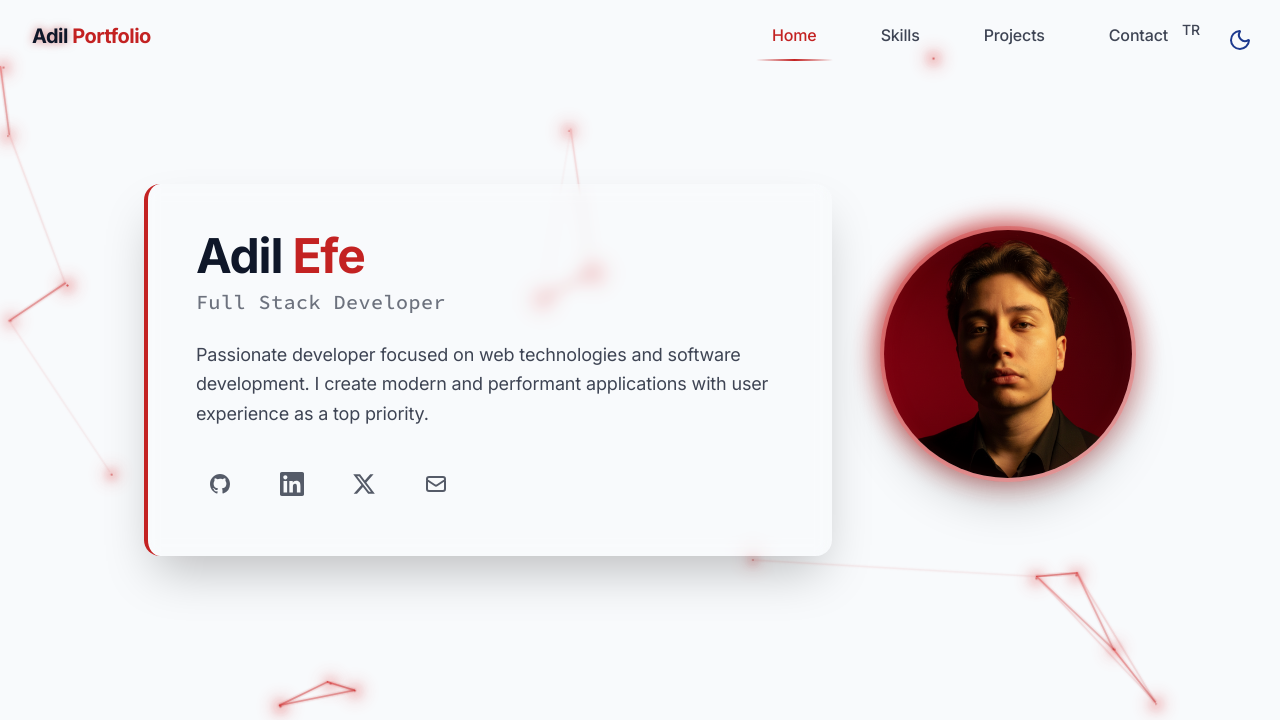
Repository: jusiann/personal-portfolio
Page: / (app in my-portfolio/)
These files come from the project's save history. The page is drawn as it stood at one moment and after the next save; the edit follows.
The browser window is 1280 px wide. The pictures show the whole page.
The project was rebuilt for these pictures with package versions that can differ from the ones it lists, and the page was loaded fresh each time. Also part of the build but not shown: my-portfolio/vite.config.js, my-portfolio/src/pages/Skills.jsx, my-portfolio/src/pages/Projects.jsx, my-portfolio/src/pages/Contact.jsx, my-portfolio/src/pages/NotFound.jsx.

Above is the page before, as saved 2025-11-20 00:01:34.

### my-portfolio/index.html
<!doctype html>
<html lang="en">
  <head>
    <meta charset="UTF-8" />
    <link rel="icon" type="image/svg+xml" href="/vite.svg" />
    <meta name="viewport" content="width=device-width, initial-scale=1.0" />
    <link rel="preconnect" href="https://fonts.googleapis.com">
    <link rel="preconnect" href="https://fonts.gstatic.com" crossorigin>
    <link href="https://fonts.googleapis.com/css2?family=Inter:wght@300;400;500;600;700;800&family=Source+Code+Pro:wght@400;500;600&display=swap" rel="stylesheet">
    <title>my-portfolio</title>
  </head>
  <body>
    <div id="root"></div>
    <script type="module" src="/src/main.jsx"></script>
  </body>
</html>

### my-portfolio/src/App.jsx
import { BrowserRouter, Routes, Route, Navigate, useLocation } from "react-router-dom"
import { AnimatePresence } from "framer-motion"
import { Home } from "./pages/Home";
import { Skills } from "./pages/Skills";
import { Projects } from "./pages/Projects";
import { Contact } from "./pages/Contact";
import { NotFound } from "./pages/NotFound";

function AnimatedRoutes() {
  const location = useLocation();

  return (
    <AnimatePresence mode="wait">
      <Routes location={location} key={location.pathname}>

        {/* TURKISH ROUTES */}
        <Route path="/" element={<Navigate to="/en" replace />} />
        <Route path="/tr" element={<Home />}/>
        <Route path="/tr/skills" element={<Skills />}/>
        <Route path="/tr/projects" element={<Projects />}/>
        <Route path="/tr/contact" element={<Contact />}/>

        {/* ENGLISH ROUTES */}
        <Route path="/en" element={<Home />}/>
        <Route path="/en/skills" element={<Skills />}/>
        <Route path="/en/projects" element={<Projects />}/>
        <Route path="/en/contact" element={<Contact />}/>
        <Route path="*" element={<NotFound />} />
      </Routes>
    </AnimatePresence>
  );
}

function App() {
  return (
    <BrowserRouter>
      <AnimatedRoutes />
    </BrowserRouter>
  )
}

export default App

### my-portfolio/src/pages/Home.jsx
import {ThemeToggle} from "../components/ThemeToggle";
import {LanguageToggle} from "../components/LanguageToggle";
import {CrimsonWebBackground} from "../components/CrimsonWebBackground";
import {Navbar} from "../components/Navbar";
import {PageTransition} from "../components/PageTransition";
import {HomeCard} from "../components/HomeCard";

export const Home = () => {
    return (
        <PageTransition>
        <div className="
                        min-h-screen
                        bg-background
                        text-foreground
                        overflow-x-hidden">

            {/* THEME TOGGLE */}
            <ThemeToggle />

            {/* LANGUAGE TOGGLE */}
            <LanguageToggle />

            {/* BACKGROUND EFFECTS */}
            <CrimsonWebBackground />

            {/* NAVBAR */}
            <Navbar />

            {/* MAIN CONTENT */}
            <HomeCard />
        </div>
        </PageTransition>
    );
};

### my-portfolio/src/components/LanguageToggle.jsx
import {useNavigate, useLocation } from 'react-router-dom';
import {cn} from '../lib/utils';

export const LanguageToggle = () => {
    const navigate = useNavigate();
    const location = useLocation();
    const currentLang = location.pathname.startsWith('/en') ? 'en' : 'tr';

    const toggleLanguage = () => {
        const newLang = currentLang === 'tr' ? 'en' : 'tr';
        navigate(`/${newLang}${location.hash}`);
    };

    return (
        <button
            onClick={toggleLanguage}
            className={cn(
                "fixed max-sm:hidden top-5 right-20 z-50 transition-all duration-300",
                "hover:scale-110 active:scale-95",
                "focus:outline-none text-foreground/80 hover:text-foreground",
                "text-sm font-medium uppercase"
            )}
        >
            {currentLang === 'tr' ? 'EN' : 'TR'}
        </button>
    );
};

### my-portfolio/src/components/Navbar.jsx
import {cn} from "../lib/utils";
import {Menu, X} from "lucide-react";
import {useEffect, useState} from "react";
import {useLocation, Link} from "react-router-dom";
import {translations} from "../lib/translations";

export const Navbar = () => {
  const [isScrolled, setIsScrolled] = useState(false);
  const [isMenuOpen, setIsMenuOpen] = useState(false);
  const location = useLocation();
  const lang = location.pathname.startsWith('/en') ? 'en' : 'tr';

  const navItems = [
    { name: translations[lang].home, href: `/${lang}` },
    { name: translations[lang].skills, href: `/${lang}/skills`},
    { name: translations[lang].projects, href: `/${lang}/projects` },
    { name: translations[lang].contact, href: `/${lang}/contact` },
  ];

  const isActiveRoute = (href) => {
    if (href === `/${lang}`) {
      return location.pathname === `/${lang}` || location.pathname === `/${lang}/`;
    }
    return location.pathname.startsWith(href);
  };

  useEffect(() => {
    const handleScroll = () => {
      setIsScrolled(window.scrollY > 10);
    };

    window.addEventListener("scroll", handleScroll);
    return () => window.removeEventListener("scroll", handleScroll);
  }, []);

  return (
    <nav
      className={cn(
        "relative w-full transition-all duration-300 py-5"
      )}
    >
      <div className="container flex items-center justify-between h-8 pr-24">
        <a
          className="text-xl font-heading font-bold text-primary flex items-center"
          href="#hero"
        >
          <span className="relative z-10">
            <span className="text-glow text-foreground"> Adil </span>{" "}
            Portfolio
          </span>
        </a>

        {/* desktop nav */}
        <div className="hidden md:flex items-center space-x-8">
          {navItems.map((item, key) => (
            <Link
              key={key}
              to={item.href}
              className={`relative px-4 py-3 font-medium transition-colors duration-300 group ${
                isActiveRoute(item.href)
                  ? 'text-primary'
                  : 'text-foreground/80 hover:text-primary'
              }`}
            >
              {/* Linear crimson line effect - Always visible for active, hover for others */}
              <div className={`absolute bottom-0 left-0 w-full h-0.5 bg-linear-to-r from-transparent via-primary to-transparent transition-transform duration-500 origin-center ${
                isActiveRoute(item.href)
                  ? 'scale-x-100'
                  : 'scale-x-0 group-hover:scale-x-100'
              }`} />

              {/* Text */}
              <span className="relative z-10">
                {item.name}
              </span>
            </Link>
          ))}
        </div>

        {/* mobile nav */}

        <button
          onClick={() => setIsMenuOpen((prev) => !prev)}
          className="md:hidden p-2 text-foreground z-50 hover:text-primary transition-colors duration-300"
          aria-label={isMenuOpen ? "Close Menu" : "Open Menu"}
        >
          {isMenuOpen ? <X size={24} /> : <Menu size={24} />}
        </button>

        <div
          className={cn(
            "fixed inset-0 bg-background/95 backdrop-blur-md z-40 flex flex-col items-center justify-center",
            "transition-all duration-300 md:hidden",
            isMenuOpen
              ? "opacity-100 pointer-events-auto"
              : "opacity-0 pointer-events-none"
          )}
        >
          <div className="flex flex-col space-y-8 text-xl">
            {navItems.map((item, key) => (
              <Link
                key={key}
                to={item.href}
                className={`relative px-4 py-2 transition-colors duration-300 group ${
                  isActiveRoute(item.href)
                    ? 'text-primary'
                    : 'text-foreground/80 hover:text-primary'
                }`}
                onClick={() => setIsMenuOpen(false)}
              >
                {/* Mobile crimson line - always visible for active, hover for others */}
                <div className={`absolute bottom-0 left-0 w-full h-0.5 bg-linear-to-r from-transparent via-primary to-transparent transition-transform duration-500 ${
                  isActiveRoute(item.href)
                    ? 'scale-x-100'
                    : 'scale-x-0 group-hover:scale-x-100'
                }`} />

                <span className="relative z-10">
                  {item.name}
                </span>
              </Link>
            ))}
          </div>
        </div>
      </div>
    </nav>
  );
};

### my-portfolio/src/components/PageTransition.jsx
import {motion} from 'framer-motion';

export const PageTransition = ({ children }) => {
    return (
        <>
            {children}

            {/* LEFT TRIANGLE */}
            <motion.div
                className="fixed inset-0 bg-background z-100 pointer-events-none"
                style={{
                    clipPath: 'polygon(0% 0%, 100% 0%, 0% 100%)',
                }}
                initial={{ x: '0%' }}
                animate={{ x: '-100%' }}
                transition={{
                    duration: 0.6,
                    ease: [0.65, 0, 0.35, 1],
                    delay: 0.4
                }}
            />

            {/* RIGHT TRIANGLE */}
            <motion.div
                className="fixed inset-0 bg-background z-100 pointer-events-none"
                style={{
                    clipPath: 'polygon(100% 0%, 100% 100%, 0% 100%)',
                }}
                initial={{ x: '0%' }}
                animate={{ x: '100%' }}
                transition={{
                    duration: 0.6,
                    ease: [0.65, 0, 0.35, 1],
                    delay: 0.4
                }}
            />

            {/* RED DIAGONAL LINE */}
            <motion.div
                className="fixed inset-0 pointer-events-none z-101"
                style={{
                    background: 'linear-gradient(to bottom right, transparent calc(50% - 2px), rgb(220, 38, 38) calc(50% - 2px), rgb(220, 38, 38) calc(50% + 2px), transparent calc(50% + 2px))',
                    filter: 'drop-shadow(0 0 8px rgb(220, 38, 38))',
                }}
                initial={{ opacity: 1 }}
                animate={{ opacity: 0 }}
                transition={{
                    duration: 0.3,
                    ease: "easeOut",
                    delay: 0.3
                }}
            />
        </>
    );
};

### my-portfolio/src/components/HomeCard.jsx
import { HomeImage } from "./HomeImage";
import { SocialLinks } from "./SocialLinks";
import { useLanguage } from "../lib/utils";

export const HomeCard = () => {
    const { t } = useLanguage();

    return (
        <div className="relative w-[80%] mx-auto px-4 py-8 mt-20 flex items-center gap-12">
            {/* Ana kart yapısı - backdrop blur ve opacity ile saydam etki */}
            <div
                className="
                    relative
                    flex-1
                    bg-card/10
                    backdrop-blur-sm
                    rounded-2xl
                    border-l-4
                    border-primary
                    shadow-2xl
                    p-8
                    md:p-12
                    transition-all
                    duration-500
                    hover:scale-[1.01]
                    animate-fade-in
                "
            >
                {/* İçerik alanı */}
                <div className="relative z-10">
                    {/* Profil Resmi Mobile */}
                    <div className="md:hidden mb-8">
                        <HomeImage
                            src="/src/assets/images/profile_photo.png"
                            alt={`${t('profile_name')} ${t('profile_surname')}`}
                        />
                    </div>

                    {/* İsim ve Soyisim */}
                    <div className="text-center md:text-left mb-6 animate-fade-in-delay-2">
                        <h1 className="
                            text-4xl
                            md:text-5xl
                            font-heading
                            font-bold
                            text-foreground
                            mb-2
                            tracking-tight
                        ">
                            {t('profile_name')}{' '}
                            <span className="text-primary">
                                {t('profile_surname')}
                            </span>
                        </h1>
                        <p className="
                            text-lg
                            md:text-xl
                            text-foreground/60
                            font-code
                        ">
                            {t('hero_subtitle')}
                        </p>
                    </div>

                    {/* Açıklama */}
                    <div className="
                        text-center
                        md:text-left
                        mb-8
                        max-w-2xl
                        animate-fade-in-delay-2
                    ">
                        <p className="
                            text-base
                            md:text-lg
                            text-foreground/80
                            leading-relaxed
                        ">
                            {t('profile_tagline')}
                        </p>
                    </div>

                    {/* Sosyal Medya Linkleri */}
                    <SocialLinks />
                </div>
            </div>

            {/* Profil Resmi - Card Dışında Sağda */}
            <div className="hidden md:block">
                <HomeImage
                    src="/src/assets/images/profile_photo.png"
                    alt={`${t('profile_name')} ${t('profile_surname')}`}
                />
            </div>

            {/* Ambient glow efekti */}
            <div
                className="
                    absolute
                    -inset-4
                    bg-primary/5
                    blur-3xl
                    -z-10
                    opacity-50
                    animate-pulse-subtle
                "
            />
        </div>
    );
};

### my-portfolio/src/components/HomeImage.jsx
export const HomeImage = ({ src, alt = "Profile" }) => {
    return (
        <div className="flex justify-center mb-8 animate-fade-in-delay-1">
            {/* Dış halka - glow efekti */}
            <div
                className="
                    relative
                    group
                    animate-pulse-subtle
                "
            >
                {/* Gradient border halka */}
                <div
                    className="
                        absolute
                        -inset-1
                        bg-linear-to-br
                        from-primary
                        via-primary/60
                        to-primary/30
                        rounded-full
                        blur-md
                        group-hover:blur-lg
                        transition-all
                        duration-300
                    "
                />

                {/* Resim container */}
                <div
                    className="
                        relative
                        w-40
                        h-40
                        md:w-64
                        md:h-64
                        rounded-full
                        overflow-hidden
                        border-4
                        border-primary/20
                        shadow-2xl
                        group-hover:scale-105
                        transition-transform
                        duration-300
                    "
                >
                    <img
                        src={src}
                        alt={alt}
                        className="
                            w-full
                            h-full
                            object-cover
                            filter
                            group-hover:brightness-110
                            transition-all
                            duration-300
                        "
                    />
                </div>

                {/* İç glow */}
                <div
                    className="
                        absolute
                        inset-0
                        rounded-full
                        shadow-[inset_0_0_20px_rgba(220,38,38,0.2)]
                        pointer-events-none
                    "
                />
            </div>
        </div>
    );
};

### my-portfolio/src/components/SocialLinks.jsx
export const SocialLinks = () => {
    const socialMedia = [
        {
            name: "GitHub",
            url: "https://github.com/jusiann",
            icon: (
                <svg
                    className="w-6 h-6"
                    fill="currentColor"
                    viewBox="0 0 24 24"
                    aria-hidden="true"
                >
                    <path
                        fillRule="evenodd"
                        d="M12 2C6.477 2 2 6.484 2 12.017c0 4.425 2.865 8.18 6.839 9.504.5.092.682-.217.682-.483 0-.237-.008-.868-.013-1.703-2.782.605-3.369-1.343-3.369-1.343-.454-1.158-1.11-1.466-1.11-1.466-.908-.62.069-.608.069-.608 1.003.07 1.531 1.032 1.531 1.032.892 1.53 2.341 1.088 2.91.832.092-.647.35-1.088.636-1.338-2.22-.253-4.555-1.113-4.555-4.951 0-1.093.39-1.988 1.029-2.688-.103-.253-.446-1.272.098-2.65 0 0 .84-.27 2.75 1.026A9.564 9.564 0 0112 6.844c.85.004 1.705.115 2.504.337 1.909-1.296 2.747-1.027 2.747-1.027.546 1.379.202 2.398.1 2.651.64.7 1.028 1.595 1.028 2.688 0 3.848-2.339 4.695-4.566 4.943.359.309.678.92.678 1.855 0 1.338-.012 2.419-.012 2.747 0 .268.18.58.688.482A10.019 10.019 0 0022 12.017C22 6.484 17.522 2 12 2z"
                        clipRule="evenodd"
                    />
                </svg>
            ),
        },
        {
            name: "LinkedIn",
            url: "https://linkedin.com/in/yourprofile",
            icon: (
                <svg
                    className="w-6 h-6"
                    fill="currentColor"
                    viewBox="0 0 24 24"
                    aria-hidden="true"
                >
                    <path
                        fillRule="evenodd"
                        d="M20.447 20.452h-3.554v-5.569c0-1.328-.027-3.037-1.852-3.037-1.853 0-2.136 1.445-2.136 2.939v5.667H9.351V9h3.414v1.561h.046c.477-.9 1.637-1.85 3.37-1.85 3.601 0 4.267 2.37 4.267 5.455v6.286zM5.337 7.433c-1.144 0-2.063-.926-2.063-2.065 0-1.138.92-2.063 2.063-2.063 1.14 0 2.064.925 2.064 2.063 0 1.139-.925 2.065-2.064 2.065zm1.782 13.019H3.555V9h3.564v11.452zM22.225 0H1.771C.792 0 0 .774 0 1.729v20.542C0 23.227.792 24 1.771 24h20.451C23.2 24 24 23.227 24 22.271V1.729C24 .774 23.2 0 22.222 0h.003z"
                        clipRule="evenodd"
                    />
                </svg>
            ),
        },
        {
            name: "Twitter",
            url: "https://twitter.com/yourhandle",
            icon: (
                <svg
                    className="w-6 h-6"
                    fill="currentColor"
                    viewBox="0 0 24 24"
                    aria-hidden="true"
                >
                    <path d="M18.244 2.25h3.308l-7.227 8.26 8.502 11.24H16.17l-5.214-6.817L4.99 21.75H1.68l7.73-8.835L1.254 2.25H8.08l4.713 6.231zm-1.161 17.52h1.833L7.084 4.126H5.117z" />
                </svg>
            ),
        },
        {
            name: "Email",
            url: "mailto:your.email@example.com",
            icon: (
                <svg
                    className="w-6 h-6"
                    fill="none"
                    stroke="currentColor"
                    viewBox="0 0 24 24"
                    aria-hidden="true"
                >
                    <path
                        strokeLinecap="round"
                        strokeLinejoin="round"
                        strokeWidth={2}
                        d="M3 8l7.89 5.26a2 2 0 002.22 0L21 8M5 19h14a2 2 0 002-2V7a2 2 0 00-2-2H5a2 2 0 00-2 2v10a2 2 0 002 2z"
                    />
                </svg>
            ),
        },
    ];

    return (
        <div className="flex justify-center md:justify-start gap-6 mt-8 animate-fade-in-delay-3">
            {socialMedia.map((social, index) => (
                <a
                    key={social.name}
                    href={social.url}
                    target="_blank"
                    rel="noopener noreferrer"
                    className="
                        p-3
                        text-foreground/70
                        hover:text-primary
                        transition-all
                        duration-300
                        hover:scale-110
                        animate-fade-in-delay-3
                    "
                    style={{ animationDelay: `${0.8 + index * 0.1}s` }}
                    aria-label={social.name}
                >
                    {social.icon}
                </a>
            ))}
        </div>
    );
};

Loaded but not shown: my-portfolio/src/main.jsx (common file); my-portfolio/src/lib/translations.js (80 lines, source omitted); my-portfolio/src/lib/utils.js (19 lines, source omitted); my-portfolio/src/index.css (267 lines, source omitted); my-portfolio/src/components/CrimsonWebBackground.jsx (183 lines, source omitted); my-portfolio/src/components/ThemeToggle.jsx (130 lines, source omitted)

After the next save:
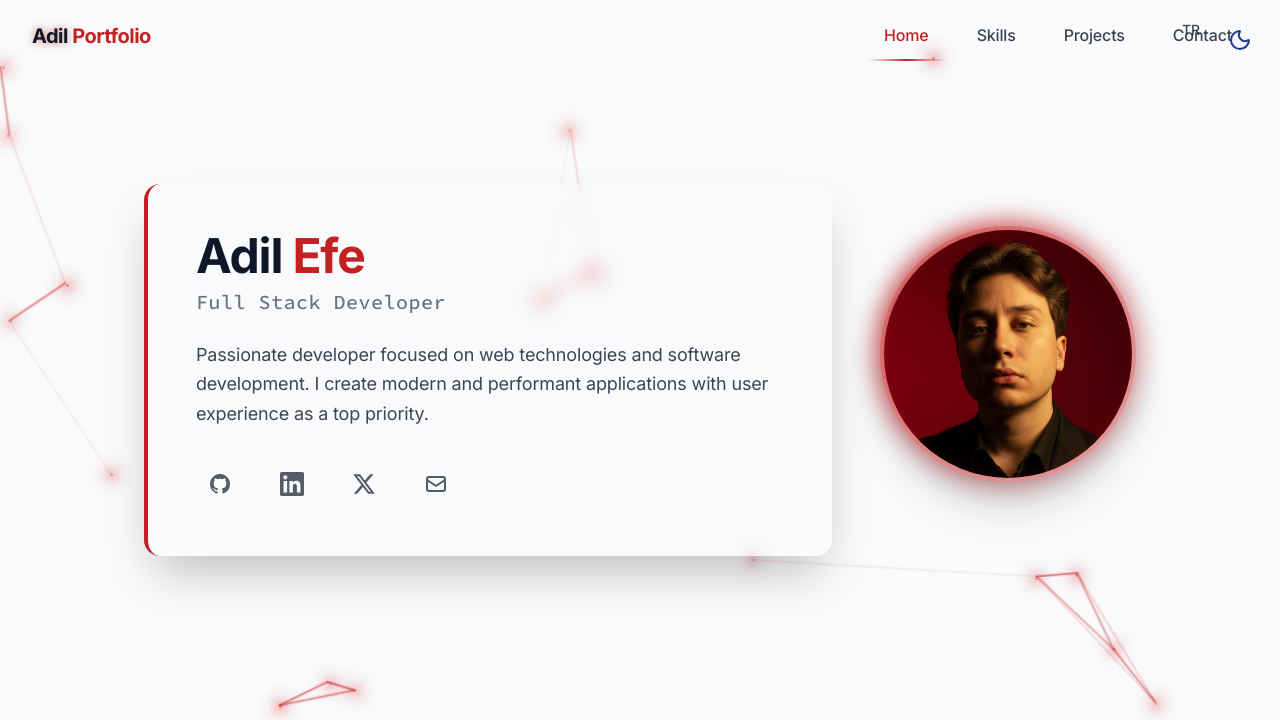
Saved 3 min 37 s later.
--- a/my-portfolio/src/pages/Home.jsx
+++ b/my-portfolio/src/pages/Home.jsx
@@ -1,5 +1,3 @@
-import {ThemeToggle} from "../components/ThemeToggle";
-import {LanguageToggle} from "../components/LanguageToggle";
 import {CrimsonWebBackground} from "../components/CrimsonWebBackground";
 import {Navbar} from "../components/Navbar";
 import {PageTransition} from "../components/PageTransition";
@@ -14,12 +12,6 @@ export const Home = () => {
                         text-foreground
                         overflow-x-hidden">
 
-            {/* THEME TOGGLE */}
-            <ThemeToggle />
-
-            {/* LANGUAGE TOGGLE */}
-            <LanguageToggle />
-
             {/* BACKGROUND EFFECTS */}
             <CrimsonWebBackground />
 
--- a/my-portfolio/src/components/Navbar.jsx
+++ b/my-portfolio/src/components/Navbar.jsx
@@ -3,6 +3,8 @@ import {Menu, X} from "lucide-react";
 import {useEffect, useState} from "react";
 import {useLocation, Link} from "react-router-dom";
 import {translations} from "../lib/translations";
+import {ThemeToggle} from "./ThemeToggle";
+import {LanguageToggle} from "./LanguageToggle";
 
 export const Navbar = () => {
   const [isScrolled, setIsScrolled] = useState(false);
@@ -39,19 +41,28 @@ export const Navbar = () => {
         "relative w-full transition-all duration-300 py-5"
       )}
     >
-      <div className="container flex items-center justify-between h-8 pr-24">
-        <a
-          className="text-xl font-heading font-bold text-primary flex items-center"
-          href="#hero"
-        >
-          <span className="relative z-10">
-            <span className="text-glow text-foreground"> Adil </span>{" "}
-            Portfolio
-          </span>
-        </a>
+      <div className="container flex items-center justify-between h-8">
+        {/* Sol taraf - Logo + Theme + Language */}
+        <div className="flex items-center gap-6">
+          <a
+            className="text-xl font-heading font-bold text-primary flex items-center"
+            href="#hero"
+          >
+            <span className="relative z-10">
+              <span className="text-glow text-foreground"> Adil </span>{" "}
+              Portfolio
+            </span>
+          </a>
 
-        {/* desktop nav */}
-        <div className="hidden md:flex items-center space-x-8">
+          {/* Theme & Language Toggles */}
+          <div className="flex items-center gap-2">
+            <ThemeToggle />
+            <LanguageToggle />
+          </div>
+        </div>
+
+        {/* Sağ taraf - Desktop nav */}
+        <div className="hidden md:flex items-center space-x-4">
           {navItems.map((item, key) => (
             <Link
               key={key}
